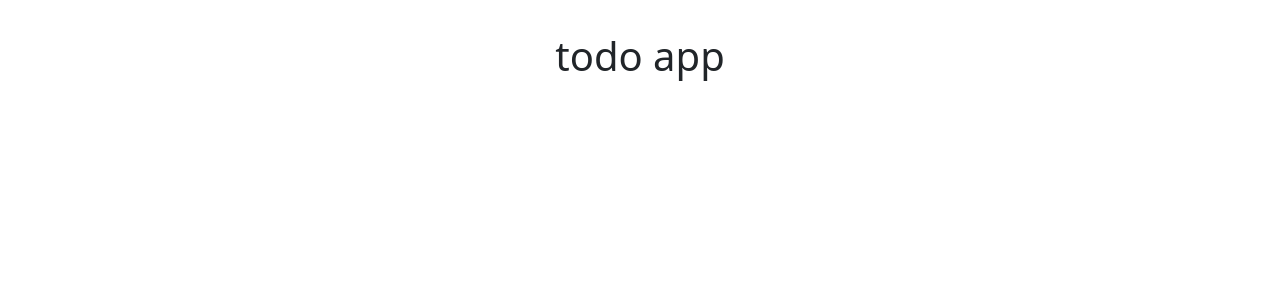
Repository: Mohitkumar1322/ReactTut
Page: / (app in ToDoApp/)
The author's editor kept a copy of each file at every save. The page is drawn from the files as they stood at one save, then again after the next save.
The browser window is 1280 px wide. The pictures show the whole page.
The project was rebuilt for these pictures with package versions that can differ from the ones it lists, and the page was loaded fresh each time. Also part of the build but not shown: ToDoApp/vite.config.js.

Above is the page before, as saved 2025-08-24 11:04:03.

After the next save:
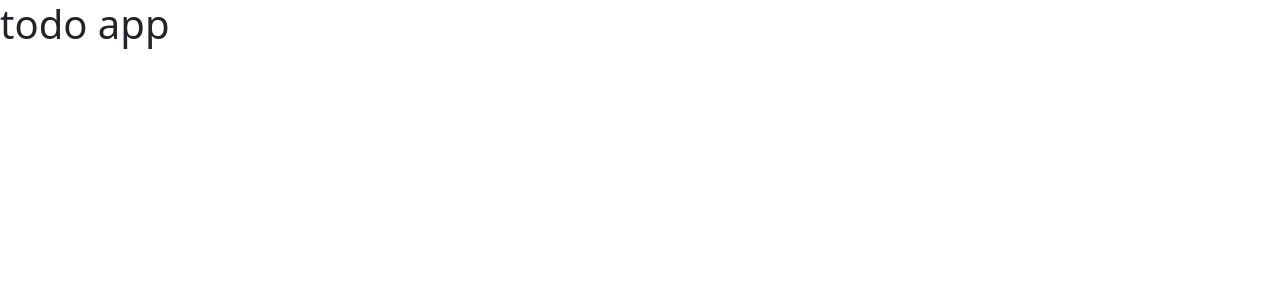
Saved 4 s later.
--- a/ToDoApp/src/App.jsx
+++ b/ToDoApp/src/App.jsx
@@ -1,6 +1,6 @@
 
 
-import './App.css'
+
 
 function App() {
 
